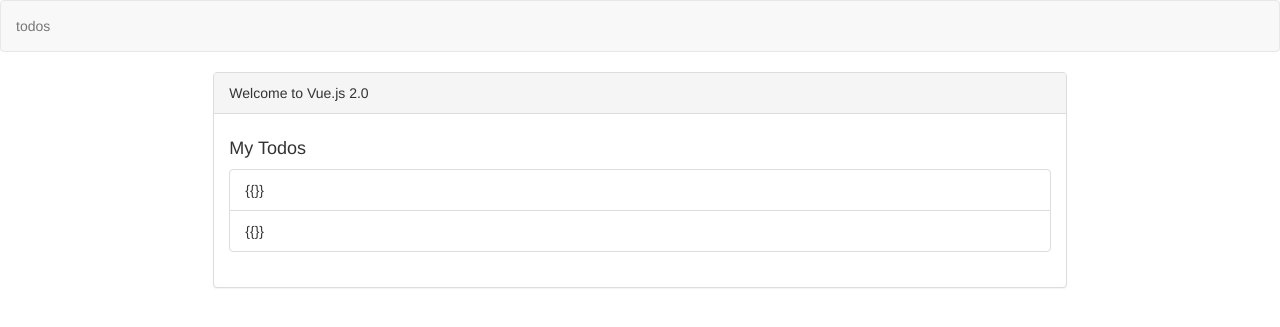
Repository: myr1111/todo
Page: Todoapp/index.html
These files come from the project's save history. The page is drawn as it stood at one moment and after the next save; the edit follows.
The browser window is 1280 px wide. The pictures show the whole page.

Above is the page before, as saved 2019-04-01 08:14:51.

### Todoapp/index.html
<!DOCTYPE html>
<html lang="en">
<head>
    <meta charset="UTF-8">
    <meta name="viewport" content="width=device-width, initial-scale=1.0">
    <meta http-equiv="X-UA-Compatible" content="ie=edge">
    <title>Document</title>
    <link rel="stylesheet" href="bootstrap.min.css">
    <script src="vue.min.js"></script>
</head>
<body>
    <nav class="navbar navbar-default">
        <p class="navbar-text">todos</p>
    </nav>
    <div id="app" class="container col-md-8 col-md-offset-2">
        <div class="row">
            <div class="panel panel-default">
                <div class=" panel-heading">Welcome to Vue.js 2.0</div>
                <div class="panel-body">
                    <h4>My Todos</h4>
                    <ul class="list-group">
                        <li class="list-group-item"
                            v-for="todo in todos"
                        >{{}}</li>
                    </ul>
                </div>
            </div>
        </div>
    </div>
    <script>
        new Vue({
            el : "#app",
            data : {
                todos : [
                    {title : "学习"},
                    {title : "制定学习计划"}
                ]
            }
        });

    </script>
</body>
</html>

Loaded but not shown: Todoapp/bootstrap.min.css (library); Todoapp/vue.min.js (library)

After the next save:
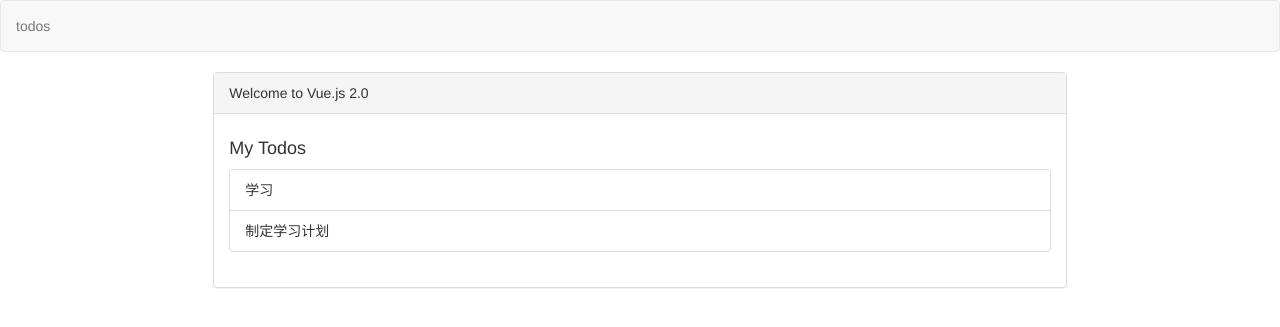
Saved 4 s later.
--- a/Todoapp/index.html
+++ b/Todoapp/index.html
@@ -21,7 +21,7 @@
                     <ul class="list-group">
                         <li class="list-group-item"
                             v-for="todo in todos"
-                        >{{}}</li>
+                        >{{todo.title}}</li>
                     </ul>
                 </div>
             </div>
